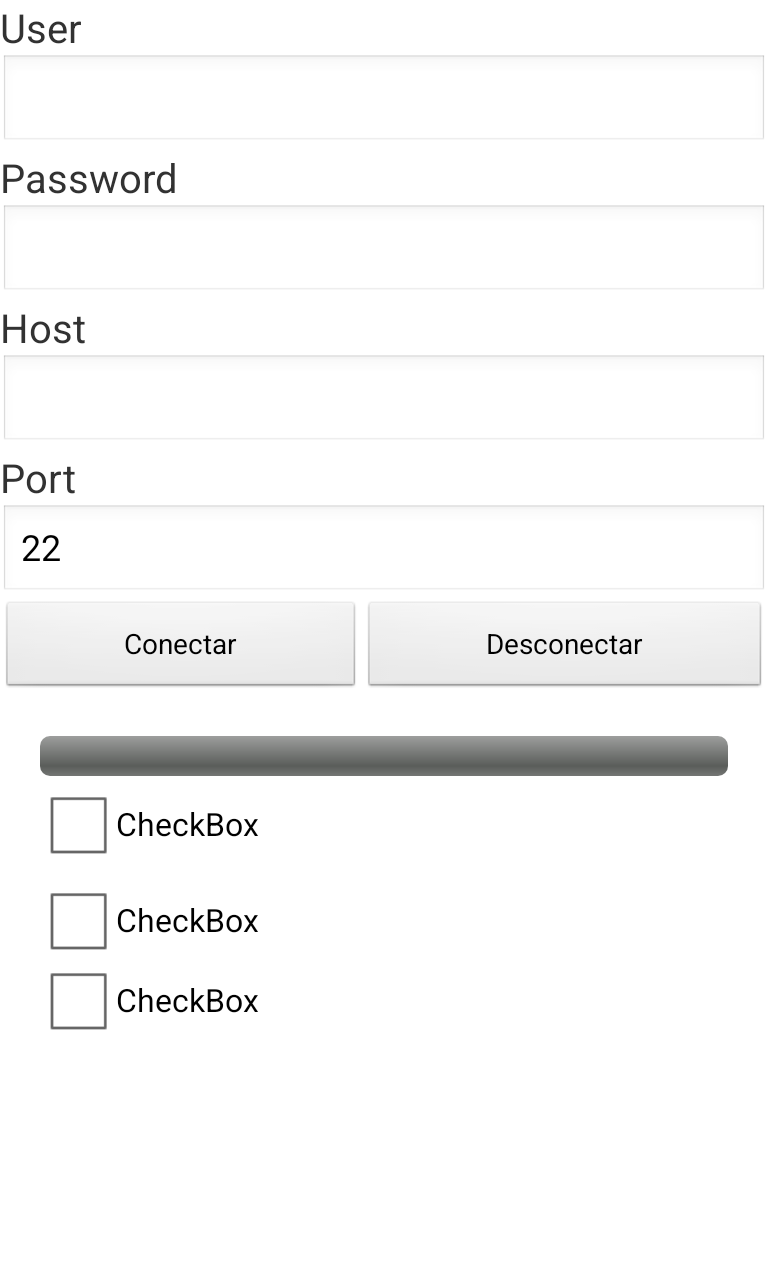
Repository: jonatansantos/Android-Server-Status
Layout: desarrollo/ModuloSSH/res/layout/pestanamainmanual.xml
The author's editor kept a copy of each file at every save. The layout is drawn from the files as they stood at one save, then again after the next save.
It is drawn on a 768 x 1280 px phone screen (xhdpi) without system bars, with theme android:Theme.Light; the app's code is not run.

Above is the layout before, as saved 2012-03-21 18:43:53.

After the next save:
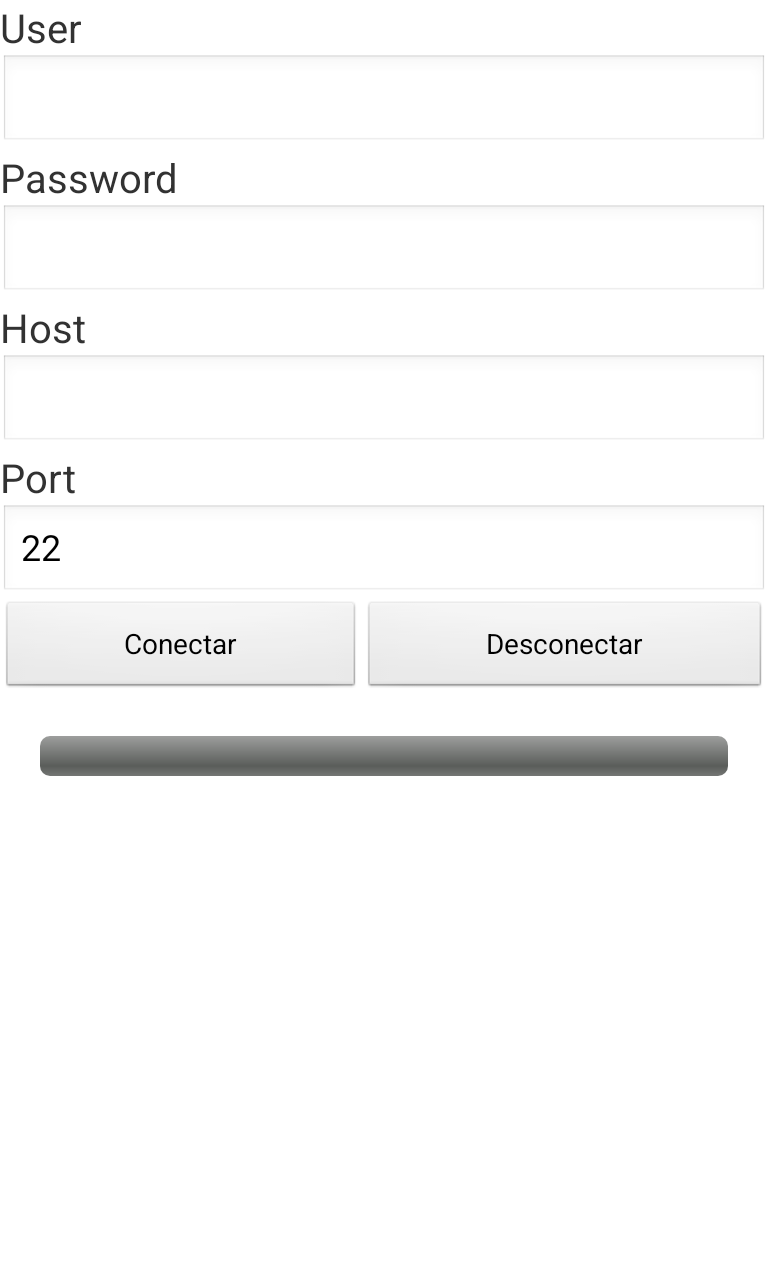
Saved 26 h 53 min later.
--- a/desarrollo/ModuloSSH/res/layout/pestanamainmanual.xml
+++ b/desarrollo/ModuloSSH/res/layout/pestanamainmanual.xml
@@ -82,47 +82,13 @@
         </LinearLayout>
 
 
-        <ViewSwitcher
-            android:id="@+id/switcher"
+
+        <ProgressBar
+            android:id="@+id/progressBar1"
+            style="?android:attr/progressBarStyleHorizontal"
             android:layout_width="match_parent"
             android:layout_height="wrap_content"
-            android:layout_margin="20dp" >
-
-            <LinearLayout
-                android:id="@+id/linearLayout2"
-                android:layout_width="match_parent"
-                android:layout_height="148dp"
-                android:orientation="vertical" >
-
-                <ProgressBar
-                    android:id="@+id/progressBar1"
-                    style="?android:attr/progressBarStyleHorizontal"
-                    android:layout_width="match_parent"
-                    android:layout_height="wrap_content" />
-
-
-
-                <CheckBox
-                    android:id="@+id/checkBox1"
-                    android:layout_width="wrap_content"
-                    android:layout_height="wrap_content"
-                    android:editable="false"
-                    android:text="CheckBox" />
-
-                <CheckBox
-                    android:id="@+id/checkBox2"
-                    android:layout_width="wrap_content"
-                    android:layout_height="wrap_content"
-                    android:text="CheckBox" />
-
-                <CheckBox
-                    android:id="@+id/checkBox3"
-                    android:layout_width="wrap_content"
-                    android:layout_height="wrap_content"
-                    android:text="CheckBox" />
-
-            </LinearLayout>
-        </ViewSwitcher>
+            android:padding="20dp" />
 
         <!-- <ViewSwitcher -->
         <!-- android:id="@+id/vSwicher" -->
